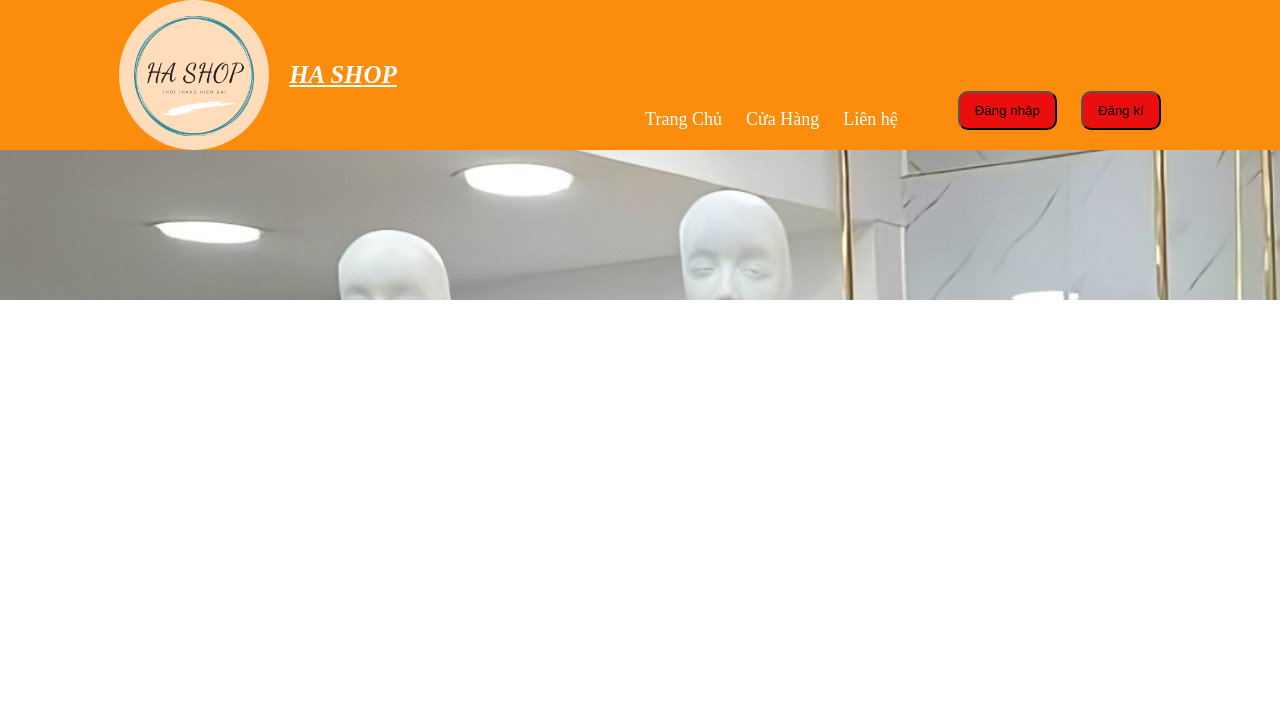
Repository: manhhieu120499/demo_page
Page: trangchu.html
The author's editor kept a copy of each file at every save. The page is drawn from the files as they stood at one save, then again after the next save.
The browser window is 1280 px wide. The pictures show the whole page.

Above is the page before, as saved 2023-03-04 10:02:07.

After the next save:
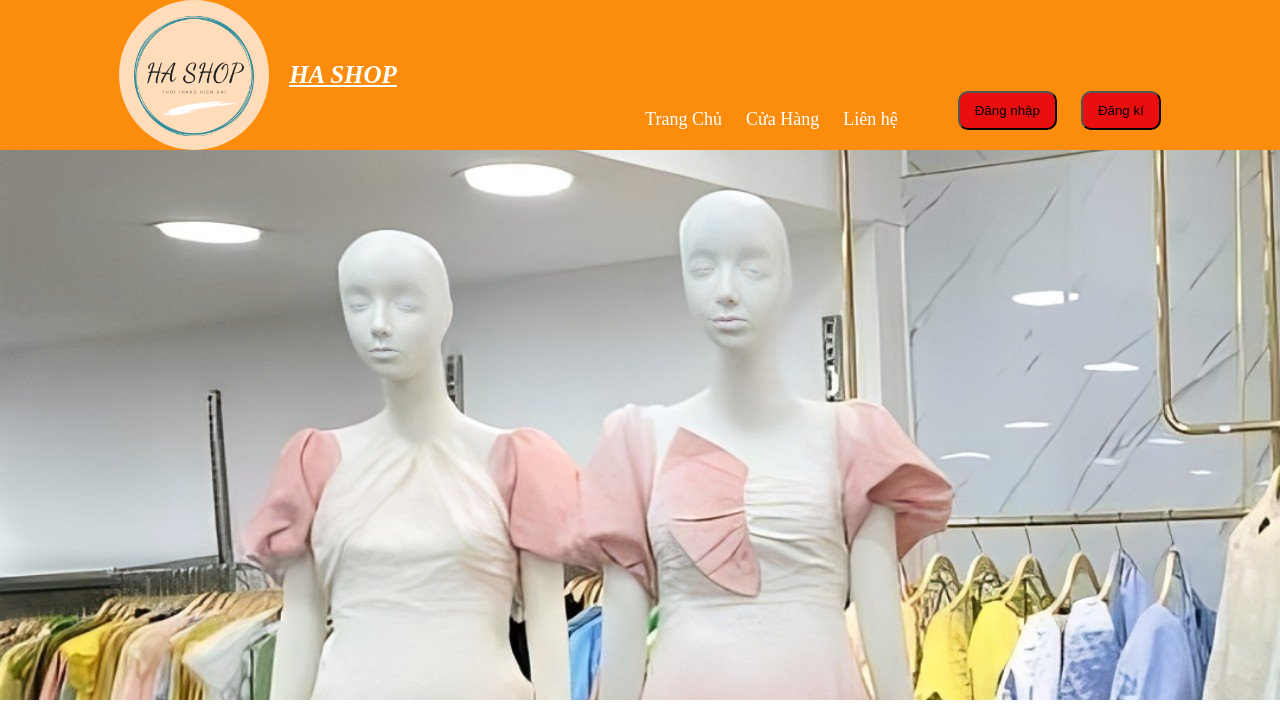
Saved 9 s later.
--- a/style_trangchu.css
+++ b/style_trangchu.css
@@ -57,6 +57,6 @@
 /* slide bar*/
 .slide_bar {
     width: 100%;
-    height: 300px;
+    height: 700px;
     background-image: url("/slide.jpg");
 }
